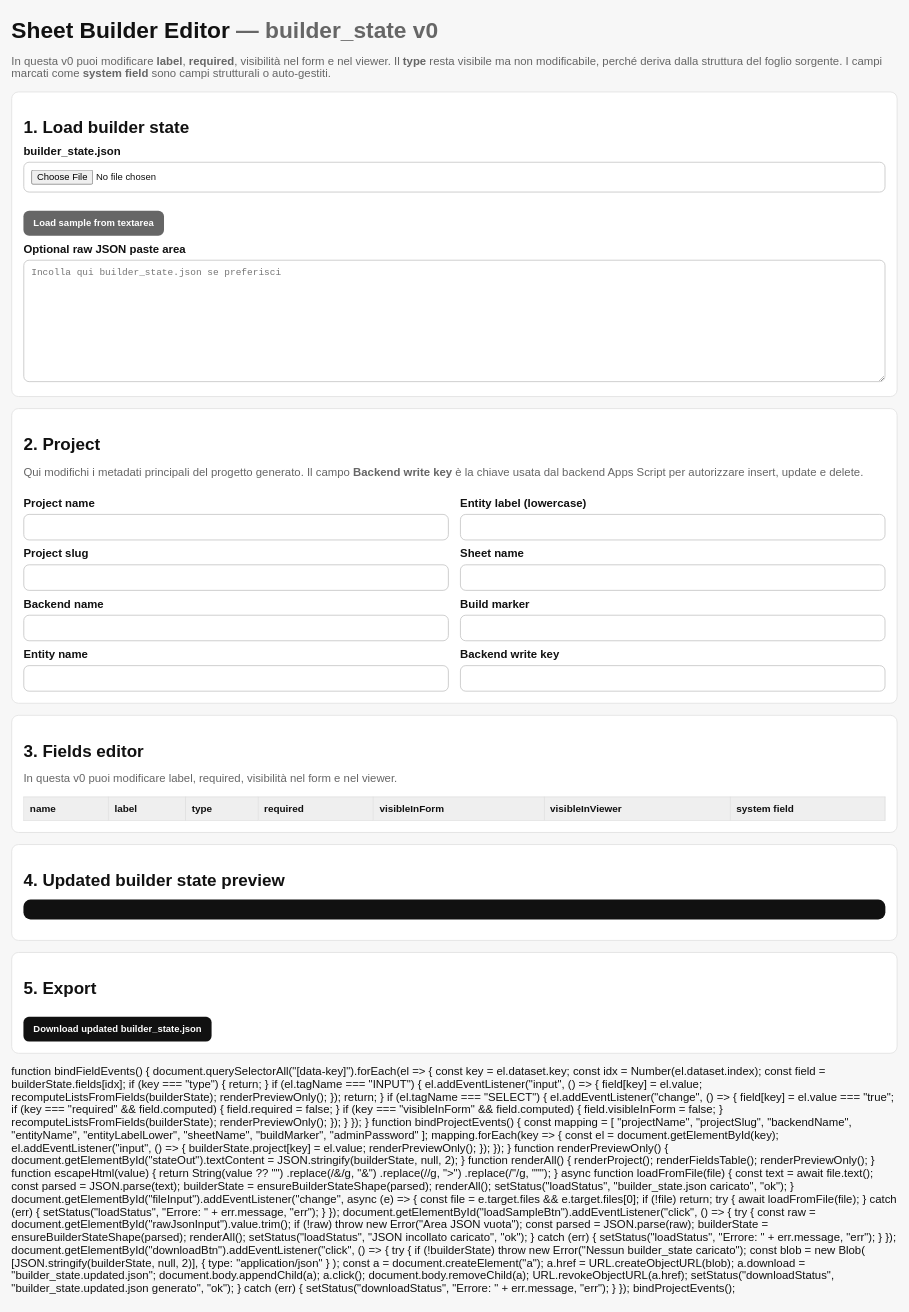
Repository: progettazionemauro/sheets.builder
Page: docs/builder.html
These files come from the project's save history. The page is drawn as it stood at one moment and after the next save; the edit follows.
The browser window is 1280 px wide. The pictures show the whole page, at 71% of full size.

Above is the page before, as saved 2026-04-13 19:51:12.
Console error: SyntaxError: Unexpected token '<'

After the next save:
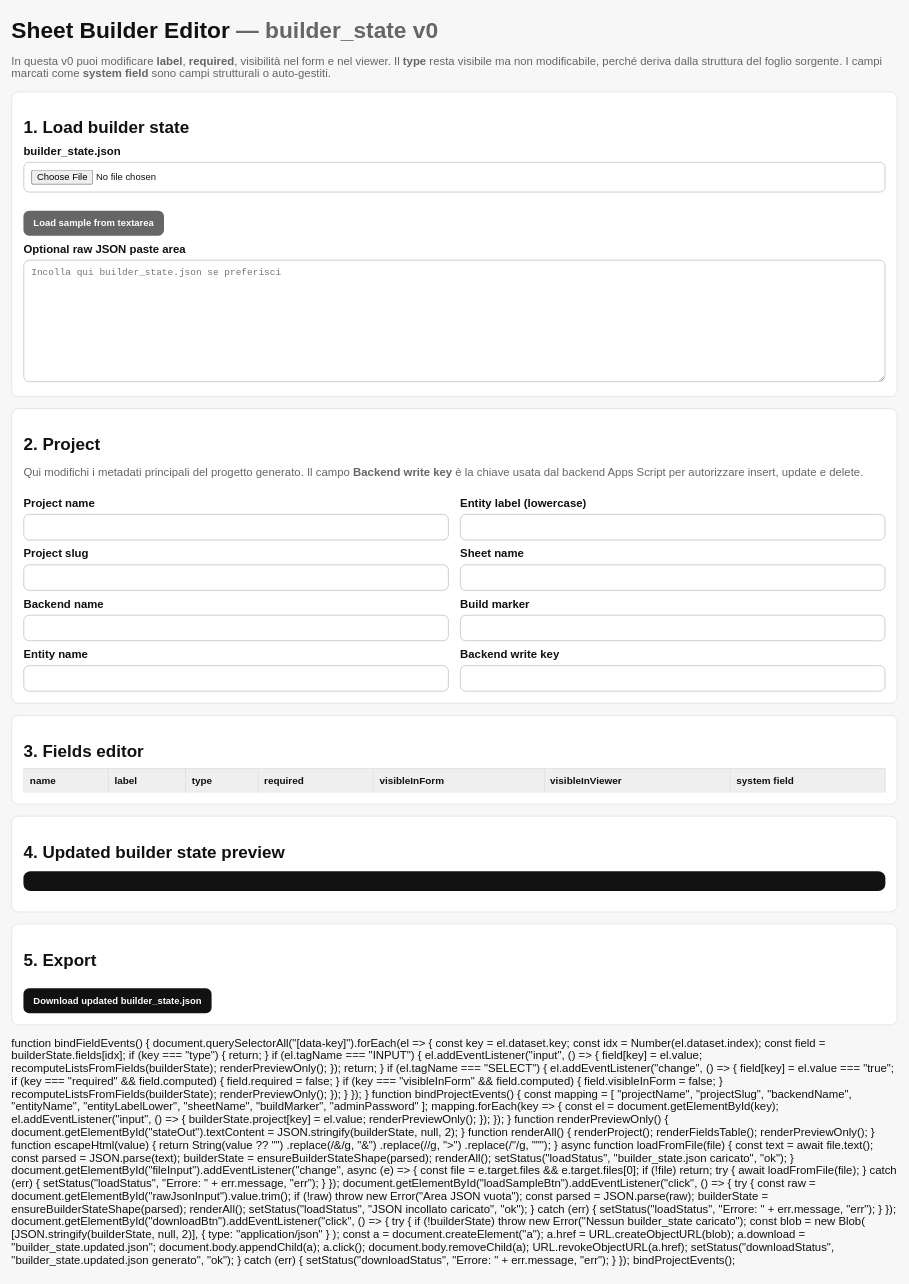
Saved 15 s later.
--- a/docs/builder.html
+++ b/docs/builder.html
@@ -193,9 +193,7 @@
 
   <div class="card">
     <h2>3. Fields editor</h2>
-    <p class="muted">
-      In questa v0 puoi modificare label, required, visibilità nel form e nel viewer.
-    </p>
+
 
         <table id="fieldsTable">
       <thead>
